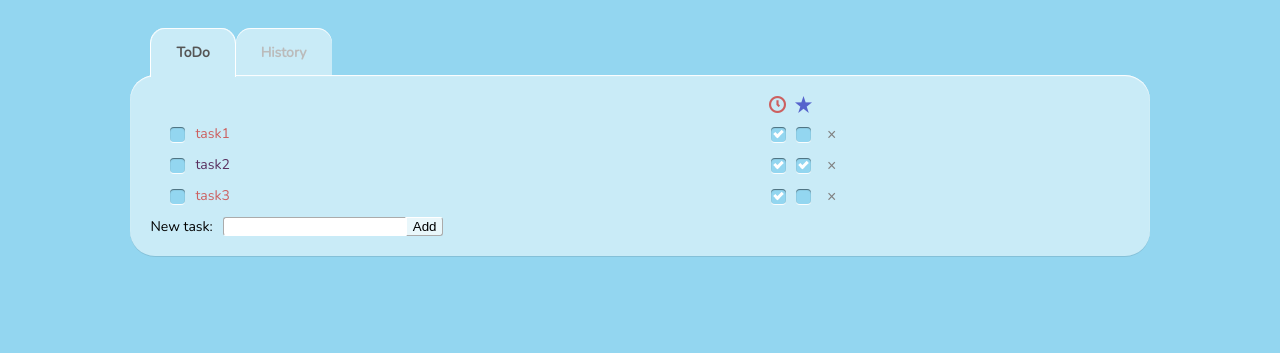
Repository: naurlaunim/toDoList
Page: /
These files come from the project's save history. The page is drawn as it stood at one moment and after a run of saves; the edit follows.
The browser window is 1280 px wide. The pictures show the whole page.
Some web fonts or font styles are not loaded; a fallback is used. The project was rebuilt for these pictures with package versions that can differ from the ones it lists, and the page was loaded fresh each time. Also part of the build but not shown: webpack.config.js.

Above is the page before, as saved 2018-03-01 13:55:38.

After the next 2 saves:
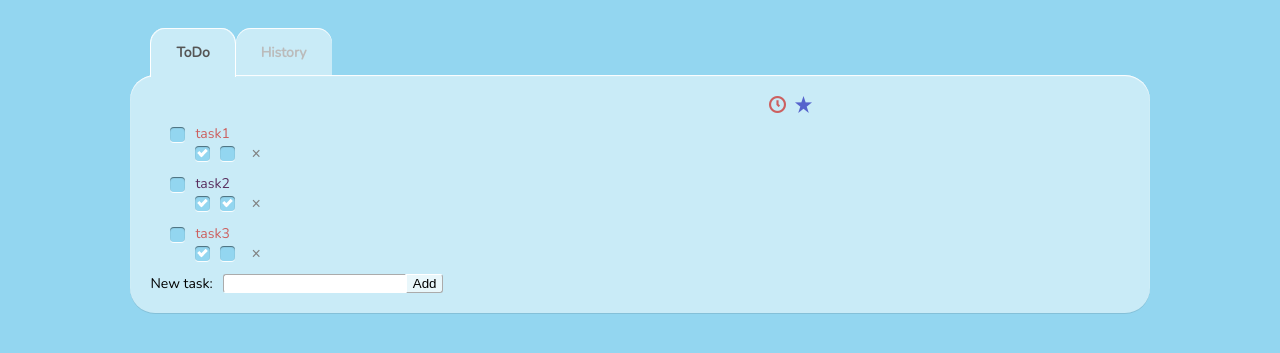
The 2 saves are shown as one change because 1 did not build or start.
The last was saved 30 min 33 s later.
--- a/src/App.js
+++ b/src/App.js
@@ -13,7 +13,12 @@ class ToDoList extends Component {
 			{ 'text': 'task3', 'im': false, 'ur': true }
 		];
 
-		this.state = { value: '', tasks };
+		this.state = {
+			showHistory: false,
+			value: '',
+			history: [],
+			tasks
+		};
 	}
 
 	handleCheck = (event) => {
@@ -84,6 +89,12 @@ class ToDoList extends Component {
 		this.setState({ tasks })
 	}
 
+	getList = () => {
+		if (this.state.showHistory) return this.state.history;
+
+		return this.state.tasks;
+	}
+
 
 	render() {
 		return (
@@ -93,7 +104,7 @@ class ToDoList extends Component {
 					<div className='taskslist'>
 						<Header handleSort={this.handleSort} />
 						{
-							this.state.tasks.map(task =>
+							this.getList().map(task =>
 								<div className='row' key={task.text.toString()} id={task.text.toString()}>
 									<Status task={task} />
 									<div className={names("task", task.ur && "ur", task.im && "im")}>
@@ -108,10 +119,15 @@ class ToDoList extends Component {
 												: <div className='o1'> {task.text} </div>
 										}
 									</div>
-									<Buttons task={task}
-										handleCheck={this.handleCheck}
-										handleDelete={this.handleDelete}
-									/>
+									<div>
+										{this.state.showHistory
+										?	<div className = 'date'>{task.date}</div>
+										:	<Buttons task={task}
+												handleCheck={this.handleCheck}
+												handleDelete={this.handleDelete}
+											/>
+										}
+										</div>
 								</div>
 							)
 						}
